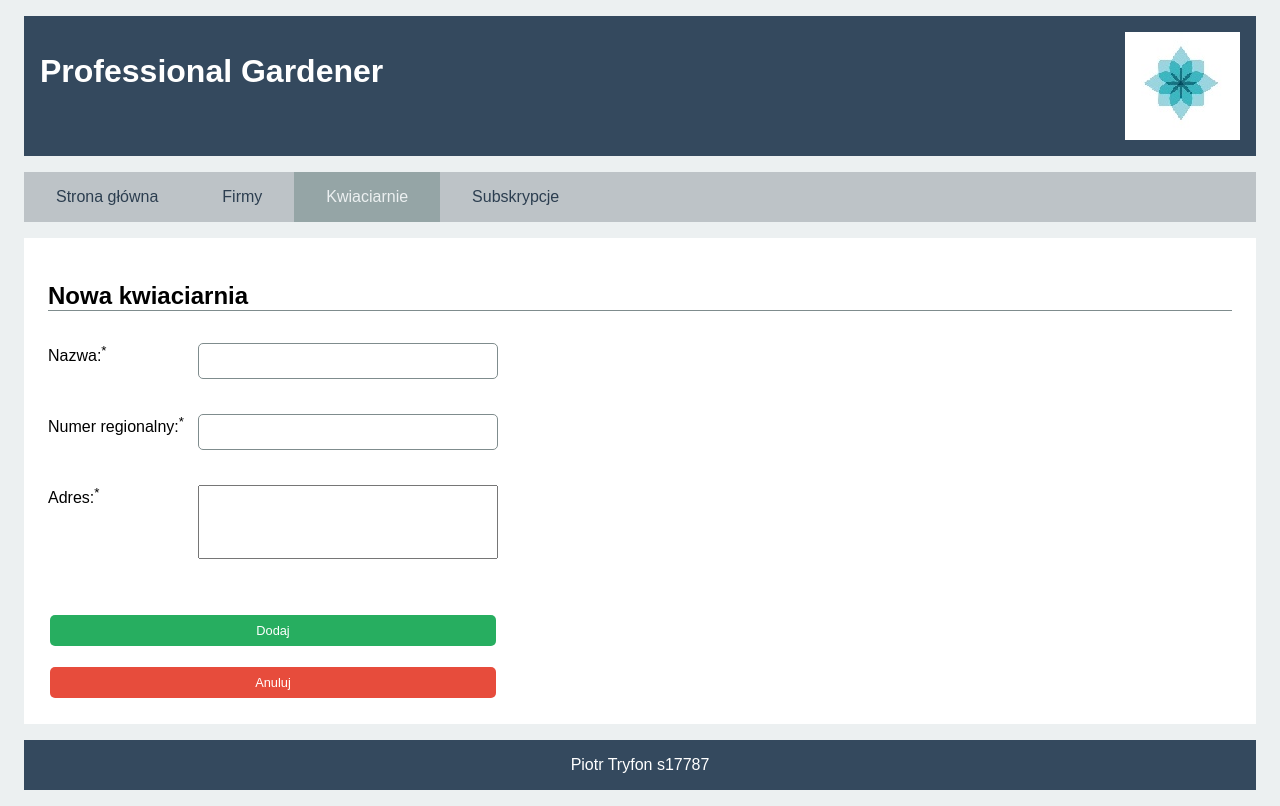
Repository: s17787/TIN
Page: tin_zaoczne_12_s17787_html-css/pages/florist-form.html
The author's editor kept a copy of each file at every save. The page is drawn from the files as they stood at one save, then again after the next save.
The browser window is 1280 px wide. The pictures show the whole page.

Above is the page before, as saved 2021-01-06 09:55:33.

### tin_zaoczne_12_s17787_html-css/pages/florist-form.html
<!DOCTYPE html>
<html lang="pl-PL">
<head>
    <meta charset="UTF-8">
    <meta name="viewport" content="width=device-width, initial-scale=1.0">
    <title>Professional Gardener</title>
    <link rel="stylesheet" href="../css/style.css" type="text/css"/>
    <script type="application/javascript" src="js/validationCommon.js"></script>
</head>
<body>
    <header>
        <h1>Professional Gardener</h1>
        <img src="../images/logo.jpg" alt="Professional Gardener">
    </header>
    <nav>
        <ul>
            <li><a href="../index.html" >Strona główna</a></li>
            <li><a href="client-list.html" >Firmy</a></li>
            <li><a href="florist-list.html" class="active">Kwiaciarnie</a></li>
            <li><a href="subscription-list.html" >Subskrypcje</a></li>
        </ul>
    </nav>
    <main>
        <h2>Nowa kwiaciarnia</h2>
        <form class="form">
            <!--<div class="form-group">-->
                <label for="Name">Nazwa:<sup>*</sup></label>
                <input type="text" name="Name" id="Name" />
                <span id="errorName" class="errors-text"></span>
            <!--</div>-->
            <!--<div class="form-group">-->
                <label for="regio_number">Numer regionalny:<sup>*</sup></label>
                <input type="text" name="regio_number" id="regio_number" />
                <span id="errorRegionNumber" class="errors-text"></span>
            <!--</div>-->
            <!--<div class="form-group">-->
                <label for="Adres">Adres:<sup>*</sup></label>
                <textarea type="text" name="Adres" id="Adres" rows="4" cols="10" style="resize: none;"></textarea>
                <span id="errorAdres" class="errors-text"></span>
            <!--</div>-->
            <!--<div class="form-group">-->
                <p id="errorsSummary" class="errors-text"></p>
                <p><a href="florist-list.html" class="form-button-submit" >Dodaj</a></p>
                <p><a href="florist-list.html" class="form-button-cancel" >Anuluj</a></p>
            <!--</div>-->
        </form>
    </main>
    <footer>
        Piotr Tryfon s17787
    </footer>
</body>
</html>

### tin_zaoczne_12_s17787_html-css/css/style.css
html {
    background-color: #ecf0f1;
    font-family: sans-serif;
}

body {
    min-width: 360px;
  }

header,
main,
footer {
    background-color: white;
}

header,
main,
footer,
nav {
    margin: 1rem;
}

header,
footer {
    background-color: #34495e;
    color: white;
    padding: 1rem;
}

header {
    display: flex;
    justify-content: space-between;
}

nav {
    background-color: #bdc3c7;
}

nav ul {
    display: flex;
    padding: 0;
    list-style-type: none;
}

nav ul li a {
    display: inline-block;
    color: #2c3e50;
    padding: 1rem 2rem;
    text-decoration: none;
}

nav ul li a:hover {
    background-color: #d35400;
    color: #ecf0f1;
}

nav ul li a.active {
    background-color: #95a5a6;
    color: #ecf0f1;
}

main {
    padding: 1.5rem;
}

footer {
    text-align: center;
}

main h2 {
    border-bottom: 1px solid #7f8c8d;
    margin-bottom: 2rem;
}

.table-list {
    border-collapse: collapse;
    color:#2c3e50;
    width: 100%;
}

.table-list,
.table-list th,
.table-list td {
    border: 1px solid #bdc3c7;
}

.table-list th,
.table-list td {
    padding: 0.5rem;
}

.table-list th,
.table-list tbody tr:nth-child(even) {
    background-color: #ecf0f1;
}

.list-actions {
    margin: 0;
    text-align: center;
    list-style-type: none;
    padding: 0;
}

.list-actions li {
    display: inline-block;
    margin: 0.2em;
}

.list-actions-button-details,
.list-actions-button-edit,
.list-actions-button-delete {
    display: inline-block;
    width: 75px;
    padding: 0.25rem 0.5rem;
}

.list-actions-button-details,
.list-actions-button-edit,
.list-actions-button-delete,
.button-add,
.form-button-submit,
.form-button-cancel {
    border: none;
    border-radius: 5px;
    color: white;
    text-decoration: none;
    text-align: center;
    font-size: 0.8rem;
}

.list-actions-button-details,
.list-actions-button-edit {
    margin-right: 1rem;
}

.list-actions-button-details {
    background-color: #2980b9;
}
.list-actions-button-details:hover {
    background-color: #3498db;
}

.list-actions-button-edit {
    background-color: #f39c12;
}

.list-actions-button-edit:hover {
    background-color: #f1c40f;
}

.form-button-cancel,
.list-actions-button-delete {
    background-color: #c0392b;
}

.form-button-cancel,
.list-actions-button-delete:hover {
    background-color: #e74c3c;
}

.button-add,
.form-button-submit,
.form-button-cancel {
    padding: 0.5rem 1rem;
}

.button-add,
.form-button-submit {
    background-color: #27ae60;
}

.button-add:hover,
.form-button-submit:hover {
    background-color: #2ecc71;
}

button,
input,
select,
textarea {
    font-family: inherit;
    font-size: 100%;
    box-sizing: border-box;
    padding: 0; margin: 0;
}

textarea {
    overflow: auto;
}

.form {
    display: grid;
    grid-template-columns: 150px 300px;
    row-gap: 1rem;
}

.form select,
.form input[type="text"],
.form input[type="number"],
.form input[type="date"],
.form input[type="email"] {
    border: 1px solid #7f8c8d;
    color:#2c3e50;
    border-radius: 5px;
    padding: 0.5rem;
    width: 100%;
}

.form label {
    display: block;
    margin-bottom: 0.5em;
}

.form-group {
    margin-bottom: 1rem;
}

abbr[title='required'] {
    color: #c0392b;
}

.form p {
    grid-column-start: 1;
    grid-column-end: -1;
    margin: 0.1em;
}

.form span {
    grid-column-start: -2;
    grid-column-end: -1;
    margin: 0.1em;
}

.form-button-submit,
.form-button-cancel {
    width: 100%;
}

.form-button-submit,
.form-button-cancel {
    box-sizing: border-box;
    display: block;
}

.form-button-submit {
    margin-bottom: 0.1rem;
}

@media all and (max-width:720px) {
    header {
        flex-direction: column;
    }

    header h1 {
        text-align: center;
    }

    header img {
        align-self: center;
    }
}

@media all and (max-width: 400px) {
    body,
    nav,
    nav ul,
    header,
    main,
    footer {
        margin: 0;
    }
}

@media all and (max-width:720px) {
    nav ul {
        flex-wrap: wrap;
    }

    nav ul li {
        flex-basis: 50%;
        text-align: center;
    }

    nav ul li a {
        display: block;
    }
}

@media all and (max-width: 400px) {
    nav ul li {
        flex-basis: 100%;
    }
}

@media all and (max-width: 720px) {
    .form {
        grid-template-columns: 1fr;
        row-gap:unset;
        margin-left: unset;
        row-gap: 0.3rem;
    }

    .form input[type="text"],
    .form input[type="number"],
    .form input[type="date"],
    .form select {
        margin-bottom: 1rem;
    }
}

Loaded but not shown: tin_zaoczne_12_s17787_html-css/js/validationCommon.js (no stored copy; drawn as an empty file)

After the next save:
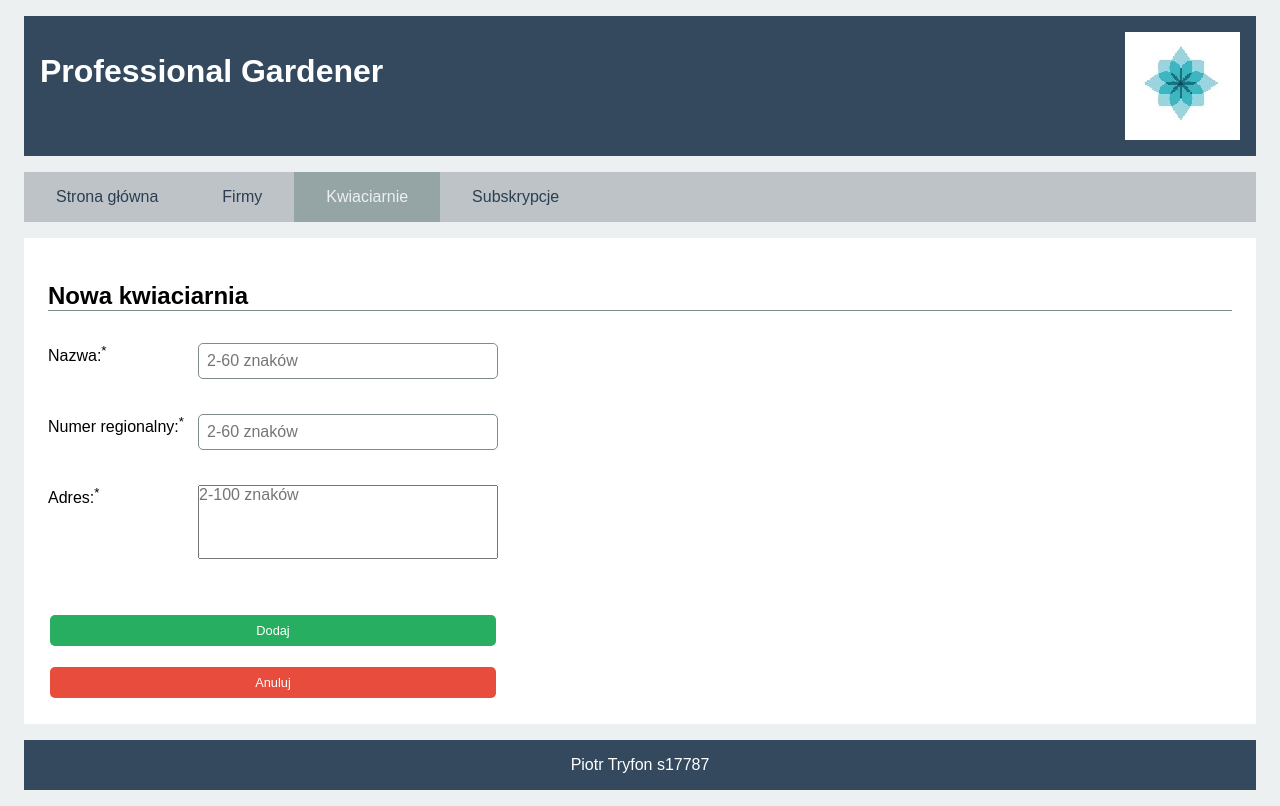
Saved 16 s later.
--- a/tin_zaoczne_12_s17787_html-css/pages/florist-form.html
+++ b/tin_zaoczne_12_s17787_html-css/pages/florist-form.html
@@ -25,17 +25,17 @@
         <form class="form">
             <!--<div class="form-group">-->
                 <label for="Name">Nazwa:<sup>*</sup></label>
-                <input type="text" name="Name" id="Name" />
+                <input type="text" name="Name" id="Name" placeholder="2-60 znaków"/>
                 <span id="errorName" class="errors-text"></span>
             <!--</div>-->
             <!--<div class="form-group">-->
                 <label for="regio_number">Numer regionalny:<sup>*</sup></label>
-                <input type="text" name="regio_number" id="regio_number" />
+                <input type="text" name="regio_number" id="regio_number" placeholder="2-60 znaków"/>
                 <span id="errorRegionNumber" class="errors-text"></span>
             <!--</div>-->
             <!--<div class="form-group">-->
                 <label for="Adres">Adres:<sup>*</sup></label>
-                <textarea type="text" name="Adres" id="Adres" rows="4" cols="10" style="resize: none;"></textarea>
+                <textarea type="text" name="Adres" id="Adres" rows="4" cols="10" style="resize: none;" placeholder="2-100 znaków"></textarea>
                 <span id="errorAdres" class="errors-text"></span>
             <!--</div>-->
             <!--<div class="form-group">-->
